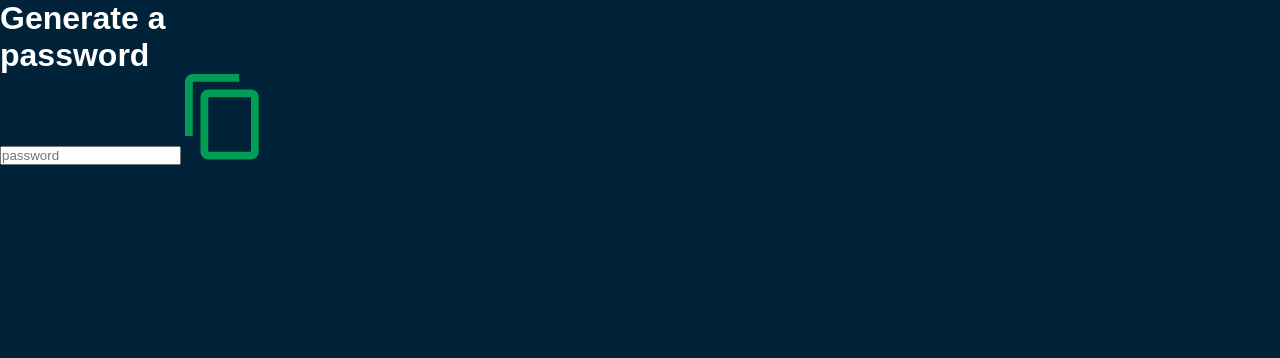
Repository: YAAMAR/password-generator
Page: Random password/index.html
An editor plug-in stored every save of this project. The page is shown before and after a run of saves, followed by the edit.
The browser window is 1280 px wide. The pictures show the whole page.

Above is the page before, as saved 2024-05-02 18:53:31.

After the next 7 saves:
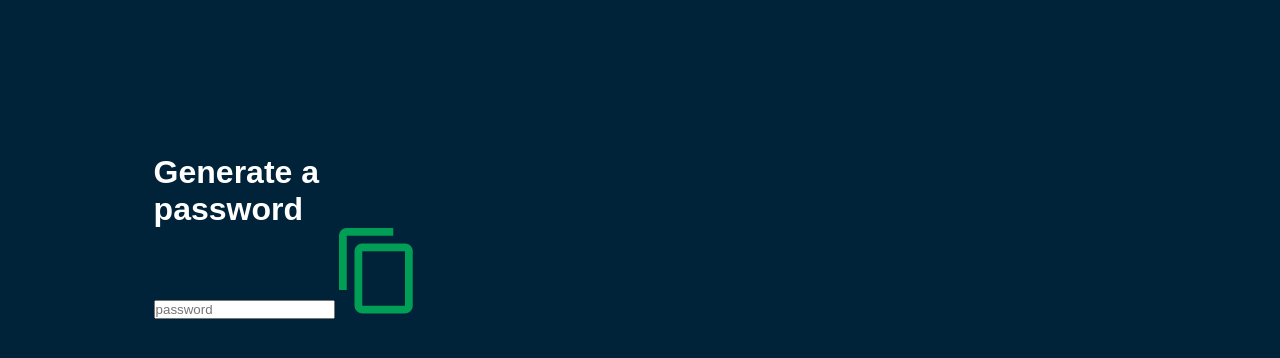
The 7 saves are shown as one change because they came seconds apart.
The last was saved 17 s later.
--- a/Random password/style.css
+++ b/Random password/style.css
@@ -8,3 +8,7 @@ body{
     background: #002339;
     color: #fff;
 }
+.container{
+    margin: 12%;
+
+}
